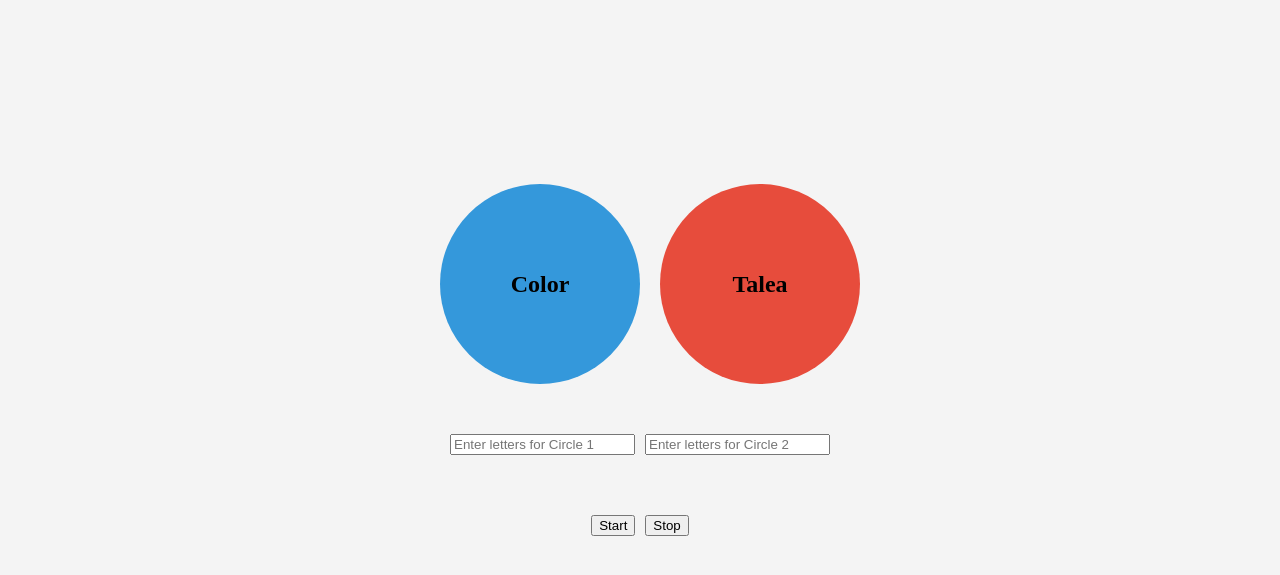
Repository: boshi-an/Isorhythm
Page: .vscode/Isorhythm/index.html
The author's editor kept a copy of each file at every save. The page is drawn from the files as they stood at one save, then again after the next save.
The browser window is 1280 px wide. The pictures show the whole page.

Above is the page before, as saved 2023-10-18 22:12:38.

After the next save:
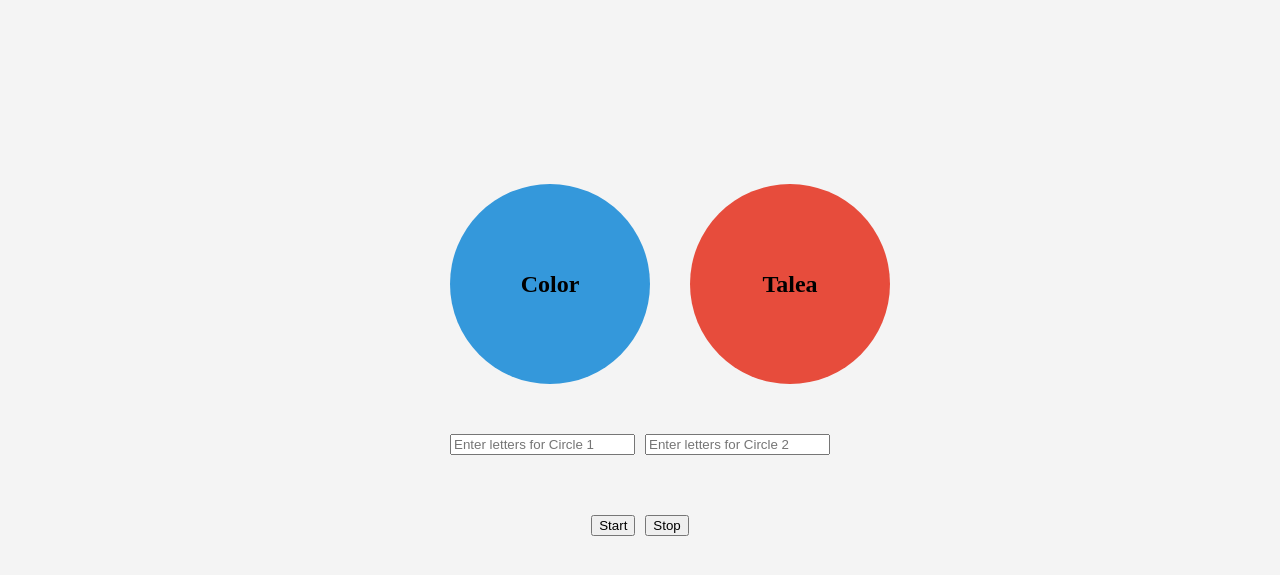
Saved 118 s later.
--- a/.vscode/Isorhythm/styles.css
+++ b/.vscode/Isorhythm/styles.css
@@ -36,7 +36,7 @@ body {
     flex-shrink: 0;
     align-items: center;
     justify-content: center;
-    margin: 0 10px;
+    margin: 0 20px;
 }
 
 .uiContainer {
